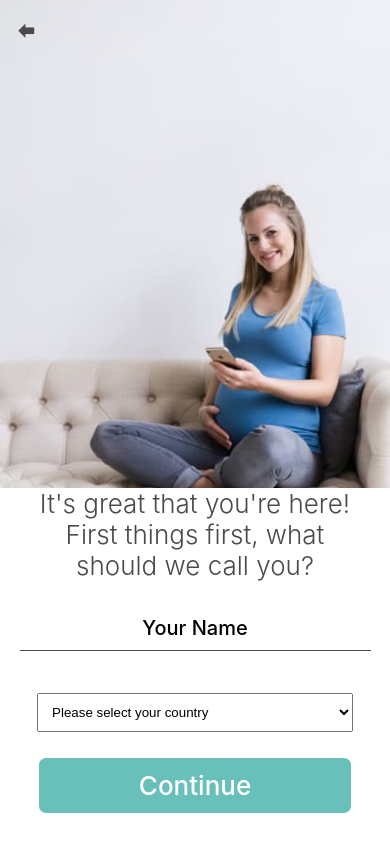
Repository: pheonixlegend/keleya
Screen: /Name
The author's editor kept a copy of each file at every save. The screen is drawn from the files as they stood at one save, then again after the next save.
The app was drawn by React Native's web renderer in a window 390 px wide. The project was rebuilt for these pictures with package versions that can differ from the ones it lists, and the page was loaded fresh each time. Also part of the build but not shown: components/ImageHeader.tsx, components/LoginSignupDetails.tsx, screens/SignUp.tsx, screens/SignIn.tsx, screens/Date.tsx, screens/Workout.tsx, screens/Success.tsx.

Above is the screen before, as saved 2021-10-10 14:25:10.

### App.tsx
import { StatusBar } from 'expo-status-bar';
import React from 'react';
import { StyleSheet, Text, View } from 'react-native';
import Home from './screens/Home';
import { NavigationContainer } from '@react-navigation/native';
import AppStack from './routes/AppStack';

export default function App() {
  return (
    <NavigationContainer>
      <AppStack />
    </NavigationContainer>
  );
}

const styles = StyleSheet.create({
  container: {
    flex: 1,
    backgroundColor: '#fff',
    alignItems: 'center',
    justifyContent: 'center',
  },
});

### routes/AppStack.tsx
import { createStackNavigator } from '@react-navigation/stack';
import { Image } from 'react-native';
import Home from '../screens/Home';
import ImageHeader from '../components/ImageHeader';
import SignUp from '../screens/SignUp';
import SignIn from '../screens/SignIn';
import Name from '../screens/Name';
import Date from '../screens/Date';
import Workout from '../screens/Workout';
import Success from '../screens/Success';
import React from 'react';
import { Entypo } from '@expo/vector-icons';
import {RootStackParamList} from '../routes/RootStackPrams';

const Stack = createStackNavigator<RootStackParamList>();
    const appStack = () => {
        return (
            <Stack.Navigator
                screenOptions={{
                headerShown: false,
                headerTransparent: true,
                headerStyle: {
                  },
                  headerBackTitleStyle: {
                      opacity: 0,
                  },
                  headerTintColor: 'transparent'
                }}
            >
                <Stack.Screen name="Home" component={Home} />
                <Stack.Screen
                    name="SignUp"
                    component={SignUp}
                    options={{
                        headerShown: true,
                        headerBackImage: ()=>(<Entypo name='arrow-left' size={22}
                        color="#4a4a4a" style={{ paddingLeft: '20%', marginTop: '-10%' }} />)
                    }}
                />
                <Stack.Screen
                    name="SignIn"
                    component={SignIn}
                    options={{
                        headerShown: true,
                        headerBackImage: ()=>(<Entypo name='arrow-left' size={22}
                        color="#4a4a4a" style={{ paddingLeft: '20%', marginTop: '-10%' }} />)
                    }}
                />
                <Stack.Screen
                    name="Name"
                    component={Name}
                    options={{
                        headerShown: true,
                        headerBackImage: ()=>(<Entypo name='arrow-left' size={22}
                        color="#4a4a4a" style={{ paddingLeft: '20%', marginTop: '-10%' }} />)
                    }}
                />
                <Stack.Screen
                    name="Date"
                    component={Date}
                    options={{
                        headerShown: true,
                        headerBackImage: ()=>(<Entypo name='arrow-left' size={22}
                        color="#4a4a4a" style={{ paddingLeft: '20%', marginTop: '-10%' }} />)
                    }}
                />
                <Stack.Screen
                    name="Workout"
                    component={Workout}
                    options={{
                        headerShown: true,
                        headerBackImage: ()=>(<Entypo name='arrow-left' size={22}
                        color="#4a4a4a" style={{ paddingLeft: '20%', marginTop: '-10%' }} />)
                    }}
                />
                <Stack.Screen
                    name="Success"
                    component={Success}
                    options={{
                        headerShown: false,
                        headerBackImage: ()=>(<Entypo name='arrow-left' size={22}
                        color="#4a4a4a" style={{ paddingLeft: '20%', marginTop: '-10%' }} />)
                    }}
                />
            </Stack.Navigator>
        )
    }
export default appStack

### screens/Home.tsx
import { StatusBar } from 'expo-status-bar';
import React from 'react';
import { StyleSheet, Text, View, Button, Image, SafeAreaView, ImageBackground, TouchableOpacity } from 'react-native';
import { Global } from '../styles/Global';
import {useNavigation} from '@react-navigation/native';
import {StackNavigationProp} from '@react-navigation/stack';
import {RootStackParamList} from '../routes/RootStackPrams';

type authScreenProp = StackNavigationProp<RootStackParamList, 'Home'>;

function Home() {
  /* const signUpHandler = () => {
    navigation.push("Sign Up")
  }

  const signInHandler = () => {
    navigation.push("Sign In")
  }
 */
  const navigation = useNavigation<authScreenProp>();

  return (
    <ImageBackground source={require('../assets/images/first-intro-image.png')} style={styles.backgroundImage} >

    <SafeAreaView style={Global.container}>
      <StatusBar backgroundColor={'transparent'} translucent/>

      <View style={styles.imageContainer}>
        <Image source={require('../assets/images/keleya-logo.png')} style={styles.image} resizeMode="contain" />
      </View>

      <View style={styles.centeredView}>
        <Text style={styles.subText}>For a fit and relaxed pregnancy</Text>
      </View>

      <View style={styles.buttonContainer}>
      <TouchableOpacity style={styles.customBtnBGBottom} onPress={() => navigation.navigate('SignUp')}>
        <Text style={styles.customBtnTextBottom}>Get started</Text>
      </TouchableOpacity>


      <TouchableOpacity style={styles.customBtnBGBottom2} onPress={() => navigation.navigate('SignIn')}>
        <Text style={styles.customBtnTextBottom2}>Or login</Text>
      </TouchableOpacity>
      </View>
    </SafeAreaView>

    </ImageBackground>
  )
}

const styles = StyleSheet.create({
  imageContainer: {
    justifyContent: 'center',
    alignItems: 'center',
    height: '20%'
  },

  backgroundImage: {
    flex: 1,
    width: undefined,
    height: undefined,
    resizeMode: 'cover'
  },

  centeredView: {
    justifyContent: 'center',
    alignItems: 'center'
  },

  image: {
    width: '23%',
    height: '100%'
  },

  subText: {
    textAlign: 'center',
    fontSize: 24,
    fontWeight: "500",
    marginTop: '-3%',
    width: '53%',
    color: "#4a4a4a"
  },

  buttonContainer: {
    flex: 1,
    alignItems: 'center',
    height: '12.4%',
  },

  customBtnBGBottom: {
    backgroundColor: "#69c0ba",
    borderRadius: 7,
    width: '85%',
    height: '6.2%',
    position: 'absolute',
    bottom: 0,
    marginBottom: '23%',
    justifyContent: 'center',
    alignItems: 'center',
  },

  customBtnBGBottom2: {
    backgroundColor: "transparent",
    borderRadius: 7,
    width: '85%',
    position: 'absolute',
    bottom: 0,
    marginBottom: '10%',
    justifyContent: 'center',
    alignItems: 'center',
  },

  customBtnTextBottom: {
    fontSize: 26,
    fontWeight: "500",
    color: "#fff",
    textAlign: "center"
  },

  customBtnTextBottom2: {
    fontSize: 21,
    fontWeight: "600",
    color: "#4a4a4a",
    textAlign: "center"
  }

});

export default Home

### screens/Name.tsx
import {useNavigation} from '@react-navigation/native';
import { StatusBar } from 'expo-status-bar';
import React from 'react';
import { StyleSheet, Text, View, SafeAreaView, TouchableOpacity, TextInput } from 'react-native';
import { Global } from '../styles/Global';
import ImageHeaderMedium from '../components/ImageHeaderMedium';
import {StackNavigationProp} from '@react-navigation/stack';
import {RootStackParamList} from '../routes/RootStackPrams';
import NameTimeDetails from '../components/NameTimeDetails';

type nameScreenProp = StackNavigationProp<RootStackParamList, 'Name'>;

function Name() {
  const navigation = useNavigation<nameScreenProp>();

 return (
    <SafeAreaView style={styles.mainContainer}>
      <StatusBar backgroundColor={'transparent'} translucent/>
      <ImageHeaderMedium screenType = "nameScreen"/>
      {<NameTimeDetails screenType = "nameScreen" /> }

      <View style={styles.buttonContainer}>
          <TouchableOpacity style={styles.customBtnBGBottom} onPress={() => navigation.navigate('Date')}>
            <Text style={styles.customBtnTextBottom}>Continue</Text>
          </TouchableOpacity>
      </View>
    </SafeAreaView>
  )
}

const styles = StyleSheet.create({
  mainContainer: {
    flex: 1,
    backgroundColor: 'white'
  },

  forgotPasswordText: {
    textAlign: 'center',
    fontSize: 19,
    width: '90%',
    fontWeight: "300",
    color: "#4a4a4a",
    paddingBottom: '7%'
  },

  buttonContainer: {
    alignItems: 'center',
    width: '100%',
    bottom: 0,
    position: 'absolute',
  },

  customBtnBGBottom: {
    backgroundColor: "#69c0ba",
    borderRadius: 7,
    width: '80%',
    paddingTop: '3%',
    paddingBottom: '3%',
    marginBottom: '8%',
    justifyContent: 'center',
    alignItems: 'center',
  },

  customBtnTextBottom: {
    fontSize: 26,
    fontWeight: "500",
    color: "#ffff",
    textAlign: "center"
  }

});

export default Name

### styles/Global.tsx
import { StyleSheet } from 'react-native';

export const Global = StyleSheet.create({
    container: {
        flex: 1,
        backgroundColor: 'transparent',
    }
})

### components/ImageHeaderMedium.tsx
import React, { useState, FC } from 'react';
import { Text, View, StyleSheet, Image } from 'react-native';
import { Entypo } from '@expo/vector-icons';
import { LinearGradient } from 'expo-linear-gradient';

interface Props {
  screenType: string;
}

const ImageHeaderMedium: FC<Props> = ({ screenType }) => {

  let imageCondition = require('../assets/images/couch_smile.jpg')

  if (screenType == "dateScreen") {
    imageCondition = require('../assets/images/due-date-background-image.jpg')
  }
  else if (screenType == "workoutScreen") {
    imageCondition = require('../assets/images/workout-goal-background-image.jpg')
  }

  return (
    <Image source={imageCondition}
      style={[styles.image, screenType == "dateScreen" ? { height: '80%' }
      : { height: '65%' }]} resizeMode="cover">
    </Image>
  );
}

const styles = StyleSheet.create({
  image: {
    flex: 1,
    position: 'absolute',
    width: '100%'
  }
});

export default ImageHeaderMedium

### components/NameTimeDetails.tsx
import React, { useState, FC } from 'react';
import { Text, View, StyleSheet, TextInput } from 'react-native';
import { MaterialIcons } from '@expo/vector-icons';
import { CheckBox } from 'react-native-elements';
import { Picker } from "@react-native-picker/picker";

interface Props {
  screenType: string;
}

const NameTimeDetails: FC<Props> = ({ screenType }) => {

 // const [screenType, setScreenType] = useState(0);
 const [country, setCountry] = useState('Unknown');

  return (
    <View>
      <Text style={[styles.titleText, screenType == "workoutScreen" ? { display: 'flex' }
            : { display: 'none' }]}>
          How many times a week do you want to be active
      </Text>
      <View style={styles.centeredView}>
        <Text style={[styles.subText, screenType == "workoutScreen" ? { display: 'none' }
            : { display: 'flex' }]}>
          {screenType == "nameScreen" ?
            'It\'s great that you\'re here! First things first, what should we call you?'
           : 'When is your baby due, Sam?'}
        </Text>

        <TextInput
          placeholder="Your Name"
          style={styles.input}
        />

        <Picker
          selectedValue={country}
          onValueChange={(value, index) => setCountry(value)}
          mode="dropdown" // Android only
          style={styles.picker}
        >
          <Picker.Item label="Please select your country" value="Unknown" />
          <Picker.Item label="Australia" value="Australia" />
          <Picker.Item label="Belgium" value="Belgium" />
          <Picker.Item label="Canada" value="Canada" />
          <Picker.Item label="India" value="India" />
          <Picker.Item label="Japan" value="Japan" />

        </Picker>
      </View>
    </View>
  )
}

const styles = StyleSheet.create({
  centeredView: {
    justifyContent: 'flex-start',
    alignItems: 'center',
    backgroundColor: 'white',
    marginTop: '125%',
    paddingLeft: '5%',
    paddingRight: '5%'
  },

  subText: {
    textAlign: 'center',
    fontSize: 26,
    width: '90%',
    fontWeight: "300",
    color: "#4a4a4a",
    paddingBottom: '10%'
  },

  titleText: {
    textAlign: 'center',
    fontSize: 26,
    width: '100%',
    paddingLeft: '10%',
    paddingRight: '10%',
    fontWeight: "300",
    color: "#4a4a4a",
    paddingBottom: '10%',
    position: 'absolute',
    top: 0,
    paddingTop: '10%'
  },

  forgotPasswordText: {
    textAlign: 'center',
    fontSize: 19,
    width: '90%',
    fontWeight: "300",
    color: "#4a4a4a",
    paddingBottom: '7%'
  },

  buttonContainer: {
    alignItems: 'center',
    width: '100%',
    bottom: 0,
    position: 'absolute',
  },

  customBtnBGBottom: {
    backgroundColor: "#69c0ba",
    borderRadius: 7,
    width: '80%',
    paddingTop: '3%',
    paddingBottom: '3%',
    marginBottom: '8%',
    justifyContent: 'center',
    alignItems: 'center',
  },

  customBtnTextBottom: {
    fontSize: 26,
    fontWeight: "500",
    color: "#ffff",
    textAlign: "center"
  },

  input: {
    width: '100%',
    fontSize: 20,
    textAlign: 'center',
    fontWeight: '500',
    paddingLeft: '10%',
    paddingRight: '10%',
    paddingBottom: '3%',
    marginBottom: '12%',
    borderBottomColor: '#4a4a4a',
    borderBottomWidth: 1
  },

  checkboxView: {
    alignItems:'flex-start',
    justifyContent:'flex-start',
    marginTop: '-6%',
    paddingLeft: '5%',
    paddingRight: '5%',
    // display: 'none'
  },

  label: {
    margin: 8,
  },

  picker: {
    width: '90%',
    padding: 10,
  }
});

export default NameTimeDetails

After the next save:
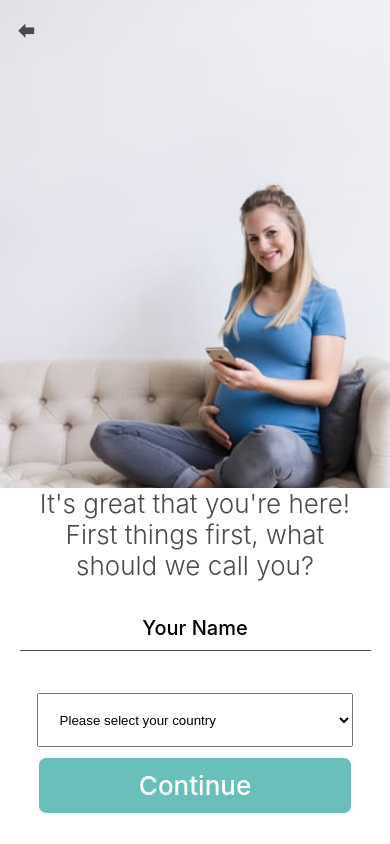
Saved 25 s later.
--- a/components/NameTimeDetails.tsx
+++ b/components/NameTimeDetails.tsx
@@ -146,7 +146,7 @@ const styles = StyleSheet.create({
 
   picker: {
     width: '90%',
-    padding: 10,
+    padding: '5%',
   }
 });
 
